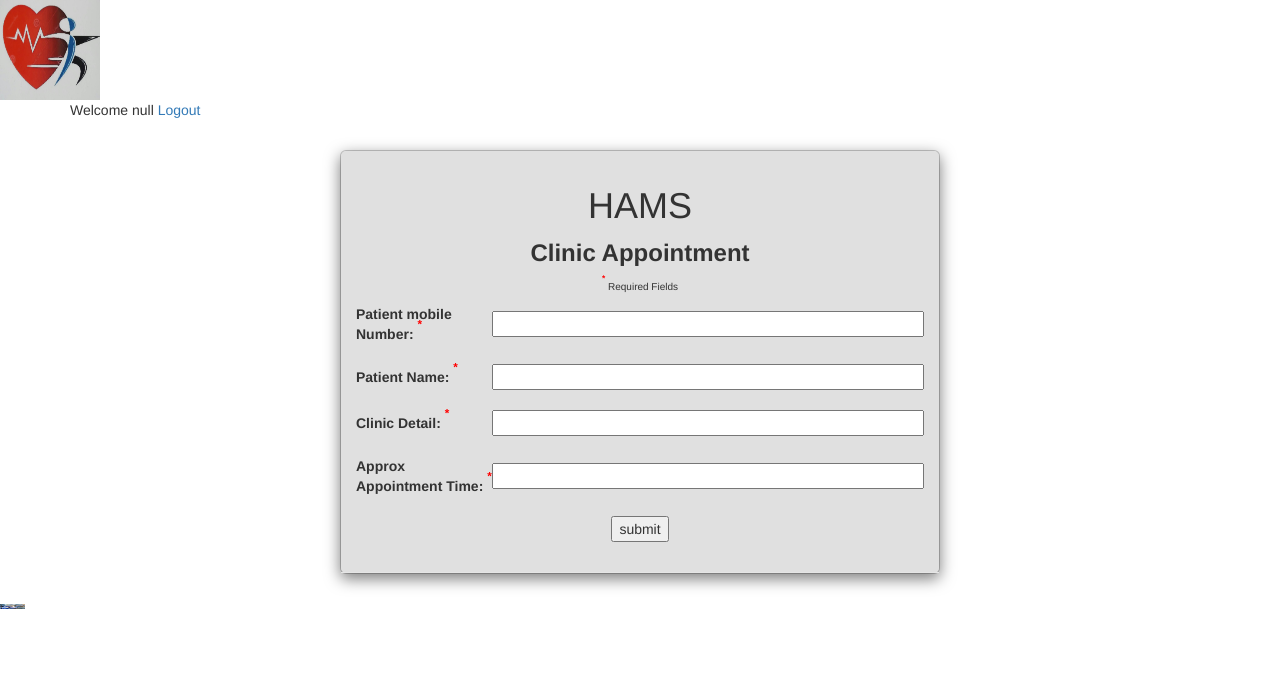
Repository: shiveshk/PullData
Page: http://localhost/Hams/appointment.jsp
These files come from the project's save history. The page is drawn as it stood at one moment and after the next save; the edit follows.
The browser window is 1280 px wide. The pictures show the whole page.
The page is served by Tomcat 9. Nobody is signed in. The application's start-up code is not run. Other server files are loaded and not shown.

Above is the page before, as saved 2015-11-06 12:53:15.
Console error (its wording comes from the project's code and is left out).

### Hams/WebContent/appointment.jsp
<?xml version="1.0" encoding="ISO-8859-1" ?>

<%@ page language="java" contentType="text/html; charset=ISO-8859-1" pageEncoding="ISO-8859-1"%>
<!DOCTYPE html PUBLIC "-//W3C//DTD XHTML 1.0 Transitional//EN" "http://www.w3.org/TR/xhtml1/DTD/xhtml1-transitional.dtd">
<html xmlns="http://www.w3.org/1999/xhtml">
<head>
  <link rel="stylesheet" href="http://maxcdn.bootstrapcdn.com/bootstrap/3.3.5/css/bootstrap.min.css">
  <script src="http://maxcdn.bootstrapcdn.com/bootstrap/3.3.5/js/bootstrap.min.js"></script>
  <script src="validation.js"></script>

<link rel="stylesheet" type="text/css" href="hams.css">

<meta http-equiv="Content-Type" content="text/html; charset=ISO-8859-1" />

<title>Patient Appointment</title>


</head>



<img src = "images/HAMSLogo.jpg" alt="hamslogo" id="img1"/>

<div class="container" >
<% String username = (String)request.getSession().getAttribute("name");
out.println("Welcome "+username);
%>

<a href="LogoutServlet">Logout</a>

<center>
<div id="login-overlay" class="modal-dialog" >
     <div class="modal-content" >
          <div class="modal-header" >
<h1>HAMS</h1>


	<p><b><font size=5>Clinic Appointment</font></b></p>
	<p><font size=1><b><sup>*</sup></b> Required Fields</font></p>



<form name="myForm" action="PatientAppointmentServlet" method="post"  onsubmit="return validate()" >
 	<div class="form-group">
<table >
 <tbody>

 	 <tr class="row1">
	 	 <td><b>Patient mobile Number: <sup>*</sup></b> </td>
	 	 <td><input type="text" id="patient_mobile_number" name="patient_mobile_number"  size=50 maxlength=20 /></td>
	 </tr>

	 <tr class="row2">
	 	 <td><b>Patient Name: <sup>*</sup></b> </td>
	 	 <td><input type="text" id="patient_name" name="patient_name"  size=50 maxlength=500 /></td>
	 </tr>


	 <tr class="row3">
	 	<td><b>Clinic Detail: <sup>*</sup></b> </td>
	 	<td><input type="text" id="clinic_detail" name="clinic_detail"  size=50 maxlength=500 /></td>
	 </tr>


	 <tr class="row4">
	 	<td><b>Approx Appointment Time: <sup>*</sup></b> </td>
	 	<td><input type="text" id="time" name="time"  size=50 maxlength=500 /></td>
	 </tr>

 </tbody>

</table>
	<br /><input type="submit" name="submit" value="submit" />
	</div>
</form>
		</div>
	</div>
</div>

</center>
</div>
<footer>
<img src = "images/hams1.jpg" alt="doctor" id="img2"/>
</footer>

</body>
</html>

### Hams/WebContent/validation.js
function validate()
{
   var w=document.forms["myForm"]["patient_name"].value;
   var x=document.forms["myForm"]["clinic_detail"].value;
   //var y=document.forms["myForm"]["token_no"].value;
   var z=document.forms["myForm"]["time"].value;
   if (w.trim().length<=0) // check length of your name field
   {
      alert("Patient Name must be filled out");
      return false;
   }
   if (x.trim().length<=0) // check length of your name field
   {
      alert("clinic detail must be filled out");
      return false;
   }
   if (z.trim().length<=0) // check length of your name field
   {
      alert("Appointment time Name must be filled out");
      return false;
   }

}

### Hams/WebContent/hams.css
@CHARSET "ISO-8859-1";
<style>

 p {
  white-space: pre;
 }
sup {
    vertical-align: super;
    font-size: smaller;
    color : red;
}

#img1 {
	align: center;
	margin: auto;
	bottom: 100px;
    height: 100px;
    width: 100px;
}

#img2 {
	align: center;
	margin: auto;
	bottom: 100px;
    height: 5px;
    width: 25px;
}


tr.row2 td {
    padding-top: 20px;
}

tr.row3 td {
    padding-top: 20px;
}

tr.row4 td {
    padding-top: 20px;
}


.modal-content {
    background-color: #E0E0E0 ;
}
</style>

After the next save:
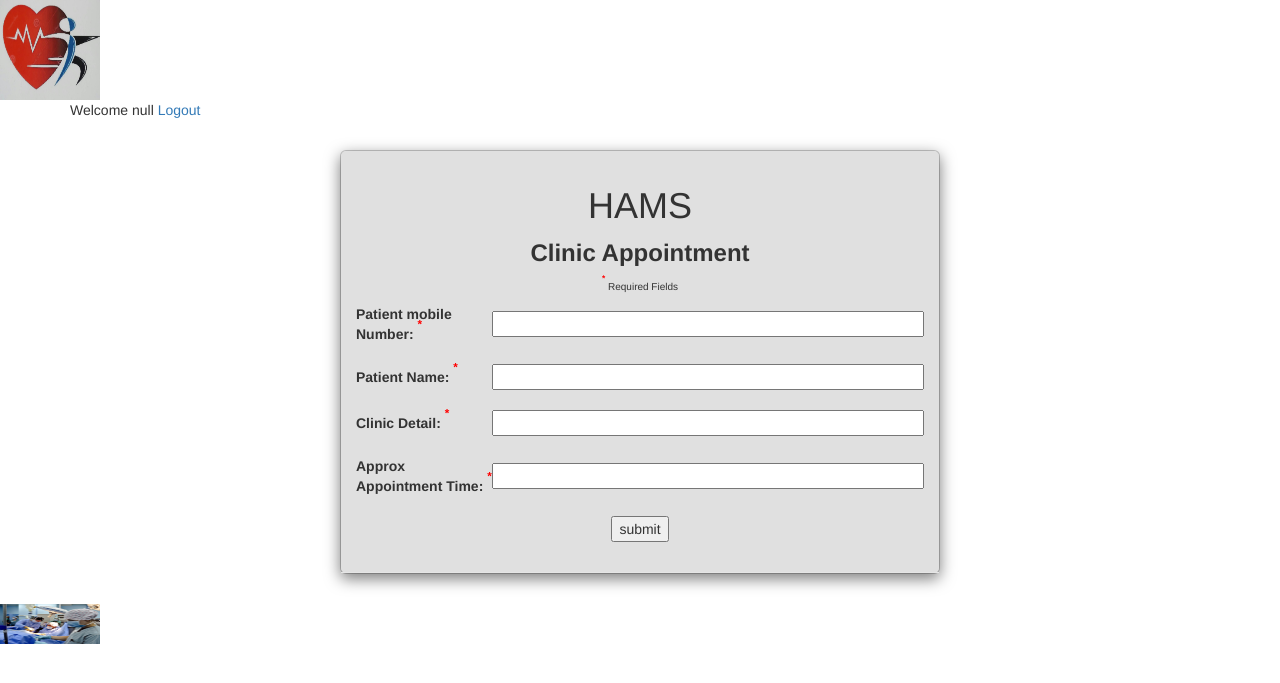
Saved 42 s later.
--- a/Hams/WebContent/hams.css
+++ b/Hams/WebContent/hams.css
@@ -22,8 +22,8 @@ sup {
 	align: center;
 	margin: auto;
 	bottom: 100px;
-    height: 5px;
-    width: 25px;
+    height: 40px;
+    width: 100px;
 }
 
 
